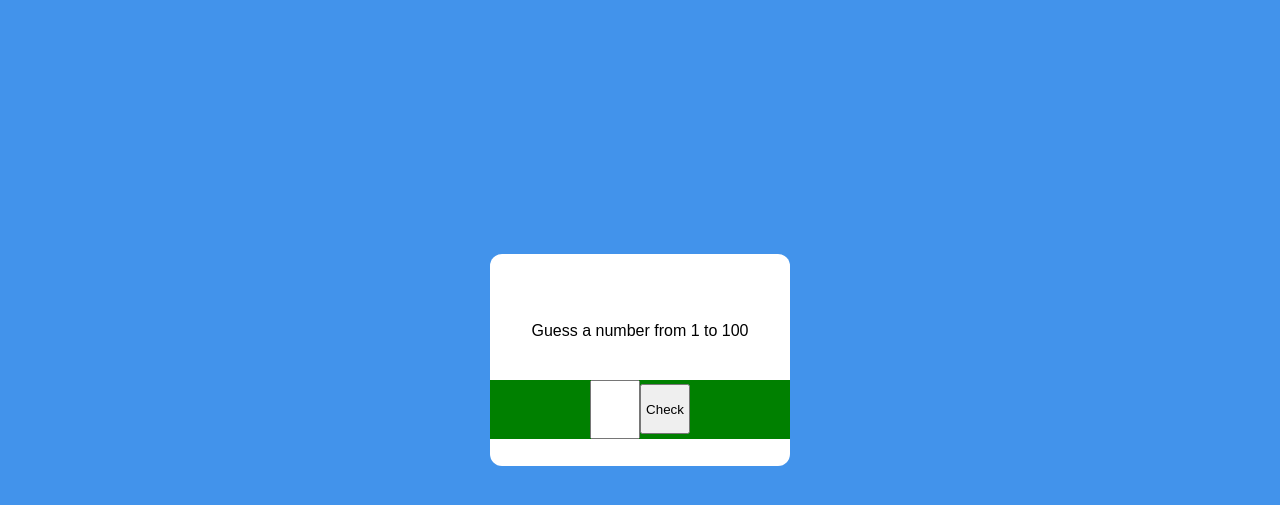
Repository: Ankitkr2021/Guess_Game
Page: index.html
These files come from the project's save history. The page is drawn as it stood at one moment and after the next save; the edit follows.
The browser window is 1280 px wide. The pictures show the whole page.

Above is the page before, as saved 2025-09-30 17:44:26.

After the next save:
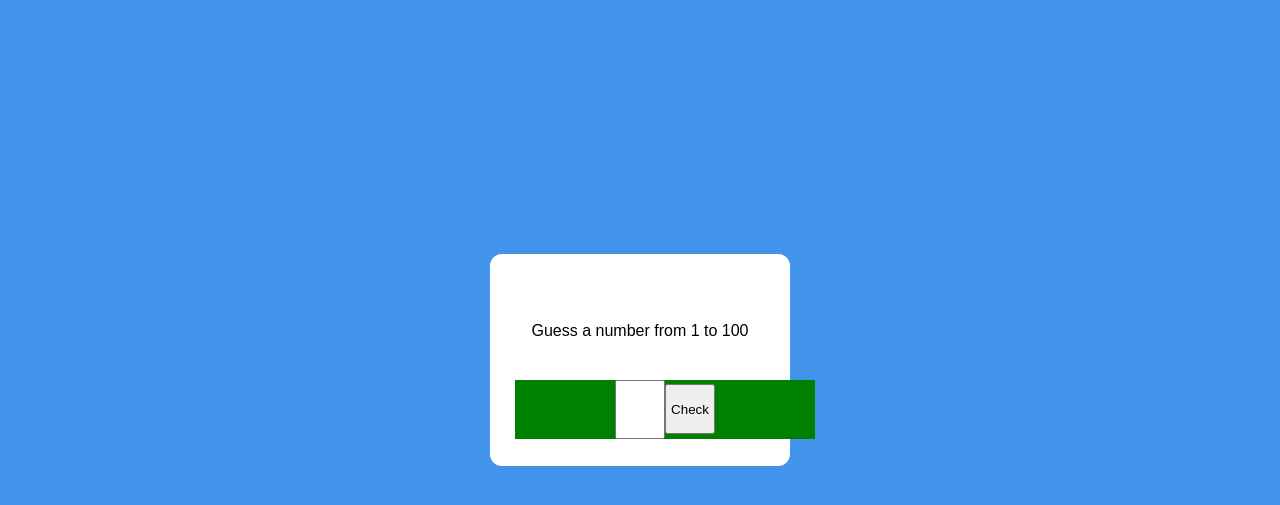
Saved 6 s later.
--- a/style.css
+++ b/style.css
@@ -39,7 +39,7 @@
     align-items: center;
     justify-content: center;
     padding: 0 10px;
-    margin: 0 50px;
+    margin-left:50px;
 }
 
 input{

After the save that followed:
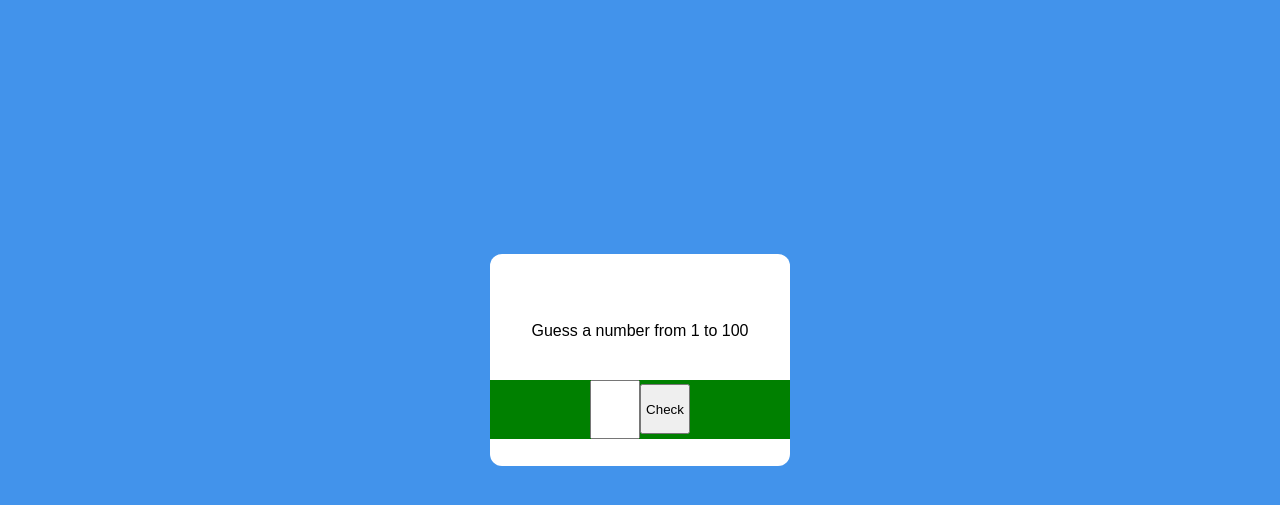
Saved 4 s later.
--- a/style.css
+++ b/style.css
@@ -39,10 +39,10 @@
     align-items: center;
     justify-content: center;
     padding: 0 10px;
-    margin-left:50px;
 }
 
 input{
+    margin-left: 0 50px;
     padding: 20px;
     width: 50px;
 }
